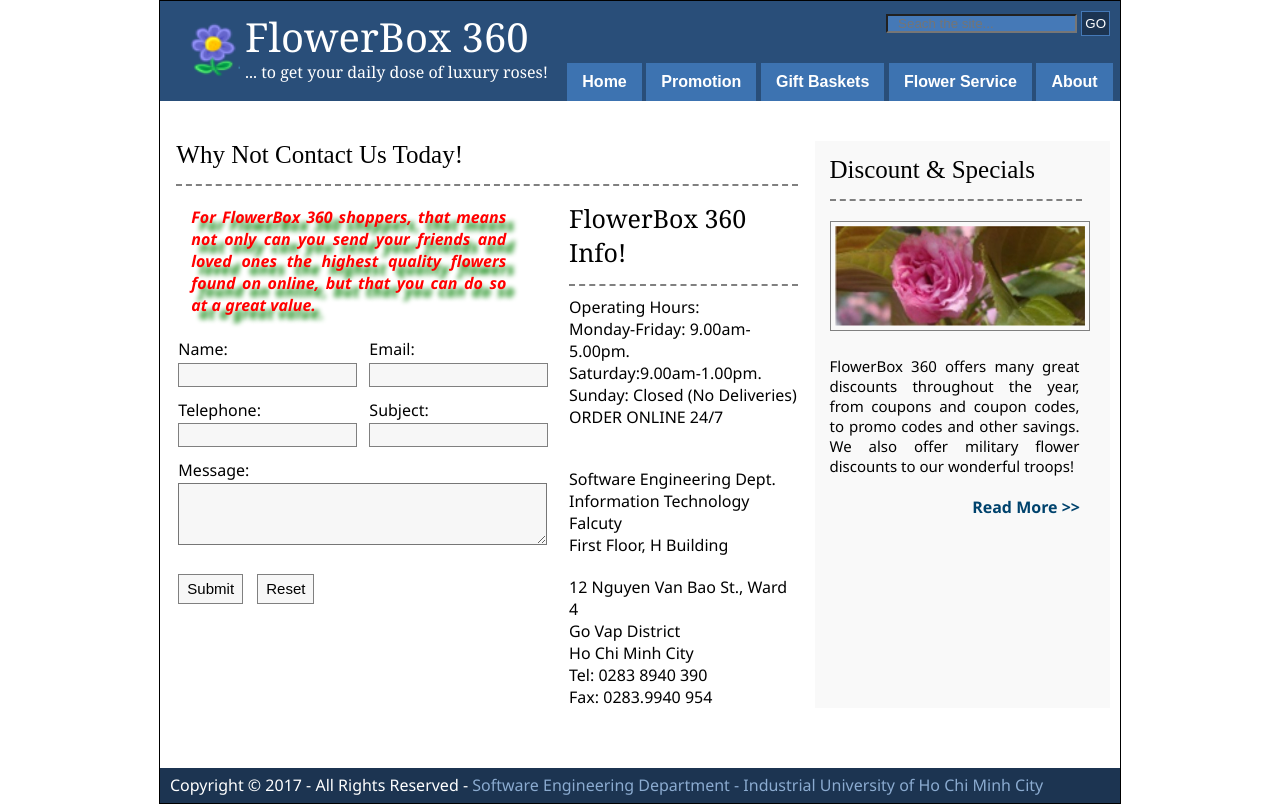
Repository: thu1365/BTKT_WEB
Page: HTML/btkt.html
An editor plug-in stored every save of this project. The page is shown before and after the next save, followed by the edit.
The browser window is 1280 px wide. The pictures show the whole page.

Above is the page before, as saved 2023-03-11 21:23:43.

After the next save:
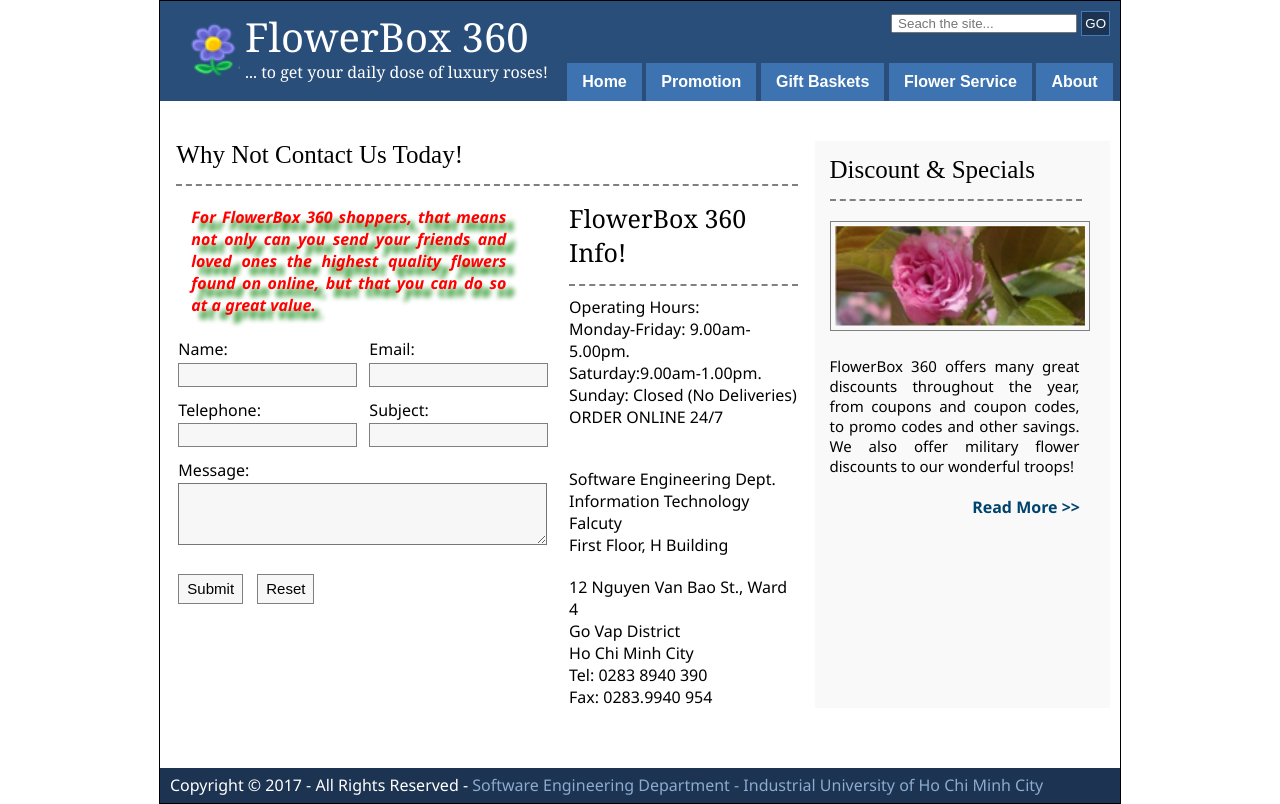
Saved 25 s later.
--- a/HTML/btkt.html
+++ b/HTML/btkt.html
@@ -57,6 +57,11 @@
             height: 25px;
         }
 
+        #search1::placeholder {
+            padding-left: 5px;
+            color: #fff;
+        }
+
         #search2 {
             background-color: #1c3451;
             border: 1px solid #4579b7;
@@ -277,8 +282,8 @@
             <p class="name1">FlowerBox 360</p>
             <p class="name2">... to get your daily dose of luxury roses!</p>
             <form action="" class="search_form">
-                <input type="text" name="" style="padding-left: 10px;
-                background-color: #4579b7;color: #fff;" placeholder="Seach the site...">
+                <input type="text" name="" style="padding-left: 5px;
+                color: #fff;" placeholder="Seach the site...">
                 <input id="search2" type="button" value="GO">
             </form>
             <div class="nav">
